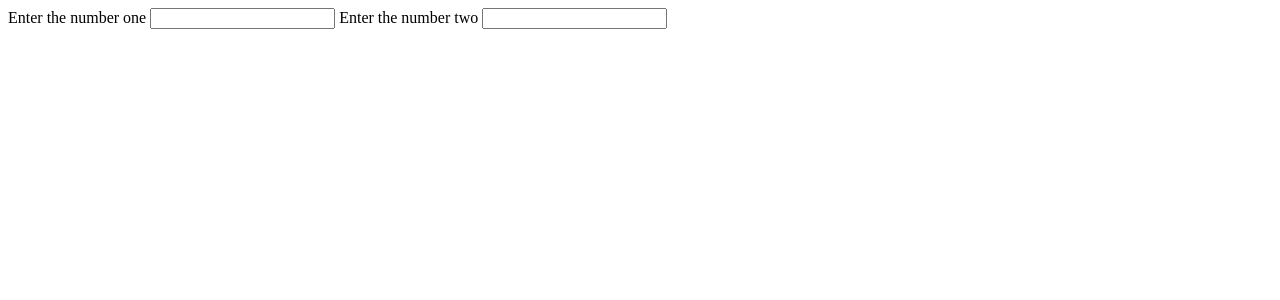
Repository: Chikusonu/SpringMVC
Page: http://localhost/SpringMVCApp/
The author's editor kept a copy of each file at every save. The page is drawn from the files as they stood at one save, then again after the next save.
The browser window is 1280 px wide. The pictures show the whole page.
The page is served by Tomcat 9. Other server files are loaded and not shown.

Above is the page before, as saved 2023-08-22 04:50:03.

### SpringMVCDemo/SpringMVCApp/src/main/webapp/index.jsp
<%@ page language="java" contentType="text/html; charset=ISO-8859-1"
    pageEncoding="ISO-8859-1"%>
<!DOCTYPE html>
<html>
<head>
<meta charset="ISO-8859-1">
<title>Spring MVC App</title>
</head>
<body>
<form action="">

<label for="num1" > Enter the  number one</label>
<input type="text" id="num1" name="num1">
<label for="num1" > Enter the number two</label>
<input type="text" id="num2" name="num2">

</form>
</body>
</html>

After the next save:
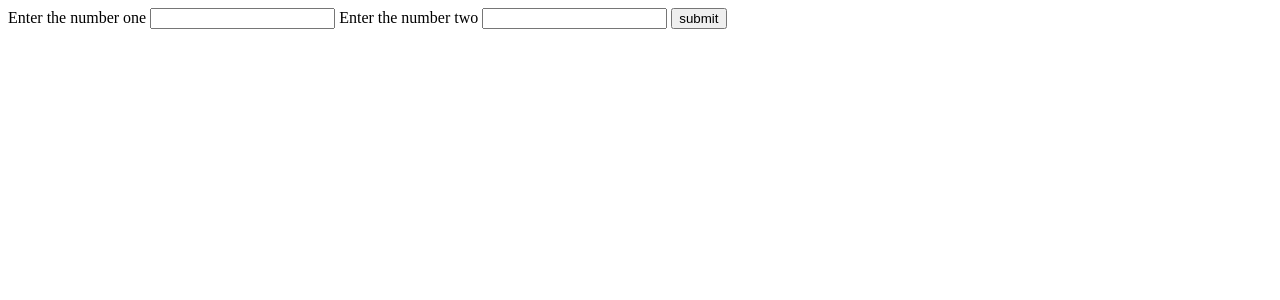
Saved 26 s later.
--- a/SpringMVCDemo/SpringMVCApp/src/main/webapp/index.jsp
+++ b/SpringMVCDemo/SpringMVCApp/src/main/webapp/index.jsp
@@ -13,6 +13,7 @@
 <input type="text" id="num1" name="num1">
 <label for="num1" > Enter the number two</label>
 <input type="text" id="num2" name="num2">
+<button type="submit">submit</button>
 
 </form>
 </body>
